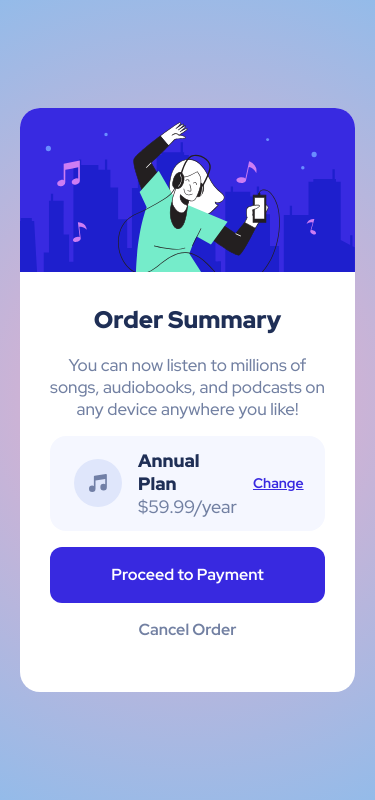
Repository: KamoliddinGIT/order-summary-card
Page: index.html
An editor plug-in stored every save of this project. The page is shown before and after the next save, followed by the edit.
The browser window is 375 px wide. The pictures show the whole page.

Above is the page before, as saved 2023-09-13 11:26:59.

After the next save:
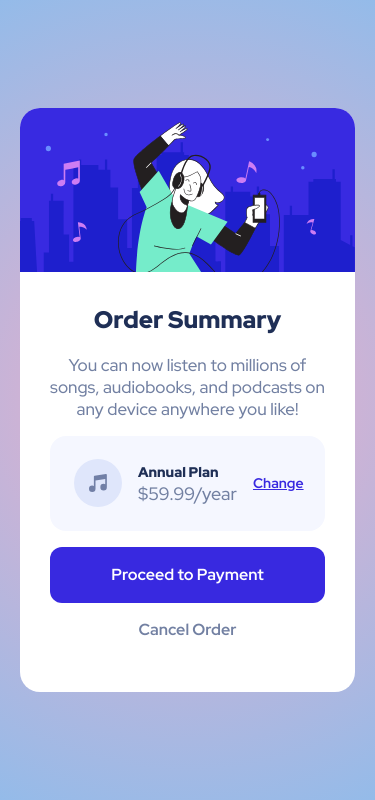
Saved 27 s later.
--- a/css/style.css
+++ b/css/style.css
@@ -139,6 +139,9 @@
     padding: 30px;
     width: 100%;
   }
+  .item__payment span {
+    font-size: 14px;
+  }
   .item__payment {
     width: 100%;
   }
